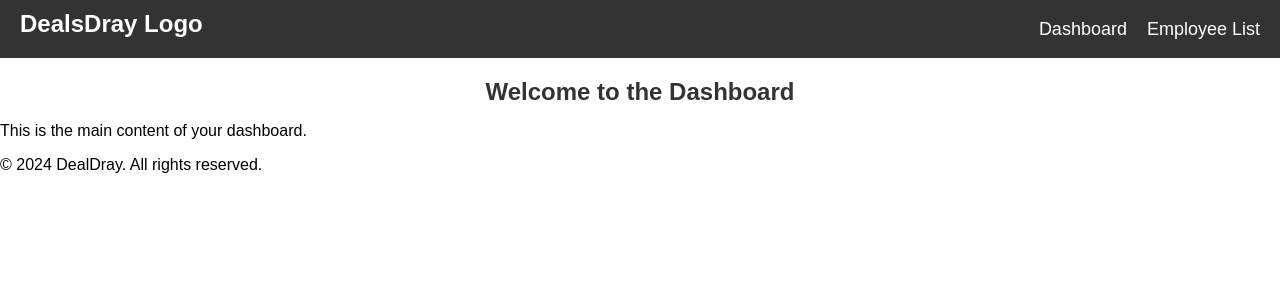
Repository: Mahanandapadavale123/dealsdray
Page: /dashboard (app in frontend/)
An editor plug-in stored every save of this project. The page is shown before and after a run of saves, followed by the edit.
The browser window is 1280 px wide. The pictures show the whole page.
The page's requests for data from a server got no answer. The project was rebuilt for these pictures with package versions that can differ from the ones it lists, and the page was loaded fresh each time. No one was signed in, and anything a server would have sent is missing. Also part of the build but not shown: frontend/src/views/login.jsx.

Above is the page before, as saved 2024-09-19 13:42:00.

### frontend/src/App.js
import React, { useState, useEffect } from "react";
import { BrowserRouter as Router, Routes, Route, Navigate } from "react-router-dom";
import axios from "axios";
import Login from "./views/login";
import AdminDashboard from "./views/AdminDashboard";
// import EmployeeList from "./views/EmployeeList";

function App() {
  const [isLoggedIn, setIsLoggedIn] = useState(false);

  useEffect(() => {
    const checkAuthentication = async () => {
      try {
        const response = await axios.get("http://127.0.0.1:8000/api/v1/users/isAuthenticated", {
          withCredentials: true,  // Ensure cookies are sent with the request
        });
        if (response.data.isAuthenticated) {
          setIsLoggedIn(true);
        } else {
          setIsLoggedIn(false);
        }
      } catch (error) {
        console.log("Error checking authentication:", error);
        setIsLoggedIn(false);  // If error occurs, assume user is not logged in
      }
    };
    checkAuthentication();
  }, []);

  return (
    <Router>
      <Routes>
        <Route
          path="/dashboard"
          element={<AdminDashboard /> }
        />
        {/* <Route
          path="/dashboard"
          element={isLoggedIn ? <AdminDashboard /> : <Navigate to="/login" />}
        />

        <Route path="/login" element={<Login setIsLoggedIn={setIsLoggedIn} />} />

        <Route path="/" element={<Navigate to={isLoggedIn ? "/dashboard" : "/login"} />} /> */}
      </Routes>
    </Router>
  );
}

export default App;

### frontend/src/views/AdminDashboard.js
import React from 'react';
import Header from './layout/header';
import Footer from './layout/footer';
import '../css/dashboard.css';

const AdminDashboard = () => {
  return (
    <div className="page-container">
      <Header />

      <main className="content">
        <h2>Welcome to the Dashboard</h2>
        <p>This is the main content of your dashboard.</p>
      </main>

      <Footer />

    </div>
  );
};

export default AdminDashboard;

### frontend/src/css/login.module.css
.container {
    display: flex;
    justify-content: center;
    align-items: center;
    height: 100vh;
    background-color: #f0f2f5;
  }

  .formContainer {
    background: #fff;
    padding: 2rem;
    border-radius: 8px;
    box-shadow: 0 4px 8px rgba(0, 0, 0, 0.1);
    width: 100%;
    max-width: 400px;
  }

  h2 {
    margin-bottom: 1rem;
    color: #333;
    text-align: center;
  }

  .form {
    display: flex;
    flex-direction: column;
  }

  .label {
    margin-bottom: 0.5rem;
    font-weight: bold;
  }

  .input {
    margin-bottom: 1rem;
    padding: 0.75rem;
    border: 1px solid #ddd;
    border-radius: 4px;
    font-size: 1rem;
  }

  .button {
    padding: 0.75rem;
    border: none;
    border-radius: 4px;
    background-color: #007bff;
    color: #fff;
    font-size: 1rem;
    cursor: pointer;
    transition: background-color 0.3s;
  }

  .button:hover {
    background-color: #0056b3;
  }

### frontend/src/views/layout/header.jsx
import React from 'react';
import '../../css/navbar.css';

const Header = () => {
  return (
    <header class="header">
        <nav class="navbar">
            <div class="logo">DealsDray Logo</div>
            <ul class="nav-links">
                <li><a href="/dashboard">Dashboard</a></li>
                <li><a href="/employee-list">Employee List</a></li>
            </ul>
        </nav>
    </header>

  );
};

export default Header;

### frontend/src/views/layout/footer.jsx
import React from 'react';
// import './footer.css'; // Import styles for the footer

const Footer = () => {
  return (
    <footer className="footer">
      <p>&copy; 2024 DealDray. All rights reserved.</p>
    </footer>
  );
};

export default Footer;

### frontend/src/css/dashboard.css
/* dashboard.css */

body {
    font-family: Arial, sans-serif;
    margin: 0;
    padding: 0;
  }

  .container {
    width: 100%;
    max-width: 1200px;
    margin: auto;
    padding: 20px;
  }

  header {
   background-color: #9c9a9a;
    margin-bottom: 20px;

  }
  .logo {
    text-align: left;
    font-size: 24px;
    font-weight: bold;
    margin-bottom: 10px;
  }

  h3 {
  display:inline-block;
    color: #333;
  }

  .dashboard-content {
    padding: 20px;
    background-color: #f9f9f9;
    border-radius: 8px;
    box-shadow: 0 2px 5px rgba(0, 0, 0, 0.1);
  }


  @media screen and (max-width: 768px) {
    table, th, td {
      font-size: 14px;
    }
  }

### frontend/src/css/navbar.css
.header {
    background-color: #333;
    padding: 10px 20px;
    display: flex;
    align-items: center;
  }

  .navbar {
    display: flex;
    justify-content: space-between;
    width: 100%;
    align-items: center;
  }

  .logo {
    color: #fff;
    font-size: 24px;
    font-weight: bold;
  }

  .nav-links {
    list-style: none;
    display: flex;
    margin: 0;
    padding: 0;
  }

  .nav-links li {
    margin-left: 20px;
  }

  .nav-links li a {
    color: #fff;
    text-decoration: none;
    font-size: 18px;
    transition: color 0.3s;
  }

  .nav-links li a:hover {
    color: #f0a500;
  }

Loaded but not shown: frontend/public/index.html (common file); frontend/src/index.js (common file); frontend/src/reportWebVitals.js (common file)

After the next 2 saves:
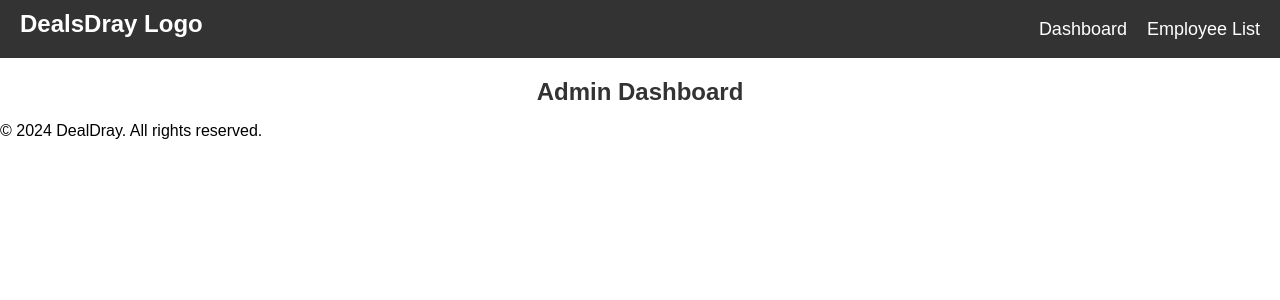
The 2 saves are shown as one change because 1 did not build or start.
The last was saved 36 s later.
--- a/frontend/src/views/AdminDashboard.js
+++ b/frontend/src/views/AdminDashboard.js
@@ -9,8 +9,7 @@ const AdminDashboard = () => {
       <Header />
 
       <main className="content">
-        <h2>Welcome to the Dashboard</h2>
-        <p>This is the main content of your dashboard.</p>
+        <h2> Admin Dashboard</h2>
       </main>
 
       <Footer />
